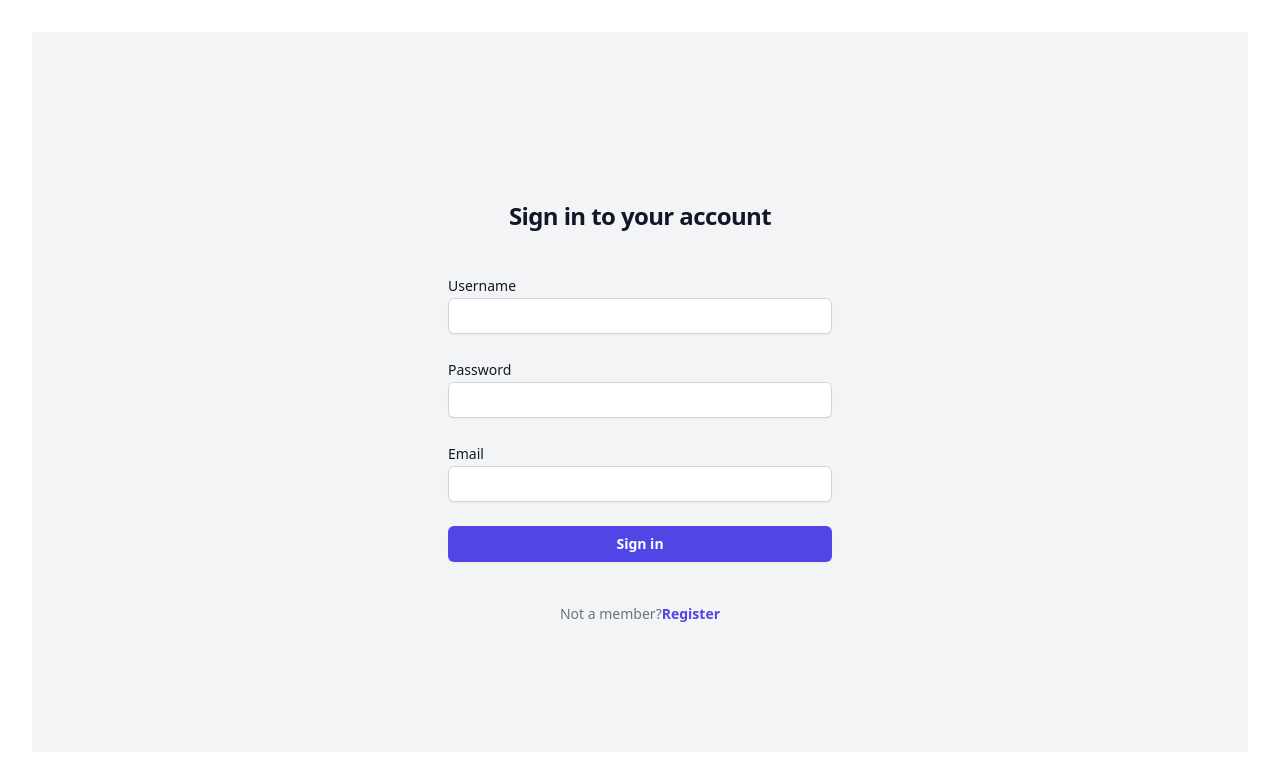
Repository: Wafaabahgat/Formik_React
Page: /
An editor plug-in stored every save of this project. The page is shown before and after the next save, followed by the edit.
The browser window is 1280 px wide. The pictures show the whole page.
The project was rebuilt for these pictures with package versions that can differ from the ones it lists, and the page was loaded fresh each time. Also part of the build but not shown: vite.config.ts.

Above is the page before, as saved 2024-02-13 21:15:31.

After the next save:
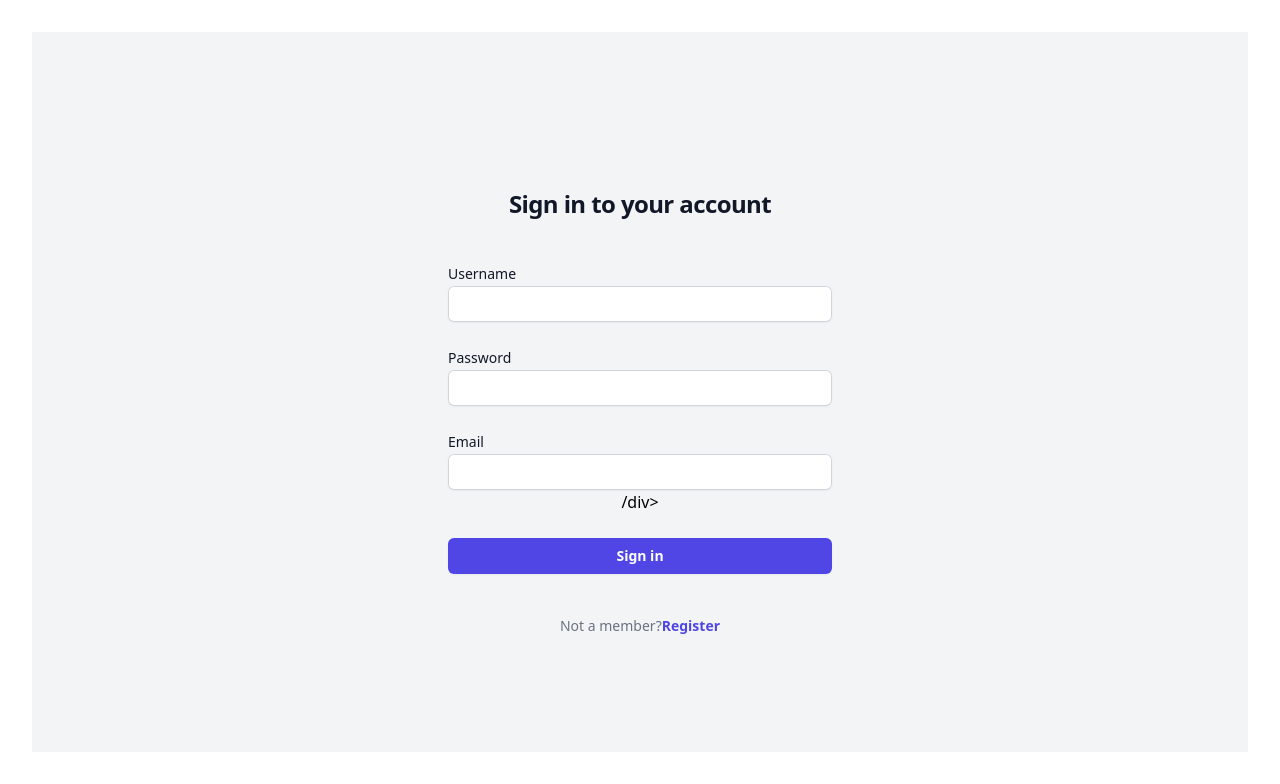
Saved 17 s later.
--- a/src/components/RegistrationForm.jsx
+++ b/src/components/RegistrationForm.jsx
@@ -56,7 +56,15 @@
               </div>
             )}
           </Form>
-          <Form ttl="Email" id="email" name="email" type="email"> </Form>
+          <Form ttl="Email" id="email" name="email" type="email">
+            {" "}
+            {formik.touched.email && formik.errors.email && (
+              <div className="text-red-500 text-xs mt-1">
+                {formik.errors.email}
+              </div>
+            )}
+            /div>
+          </Form>
 
           <div>
             <button

After the 3 saves that followed:
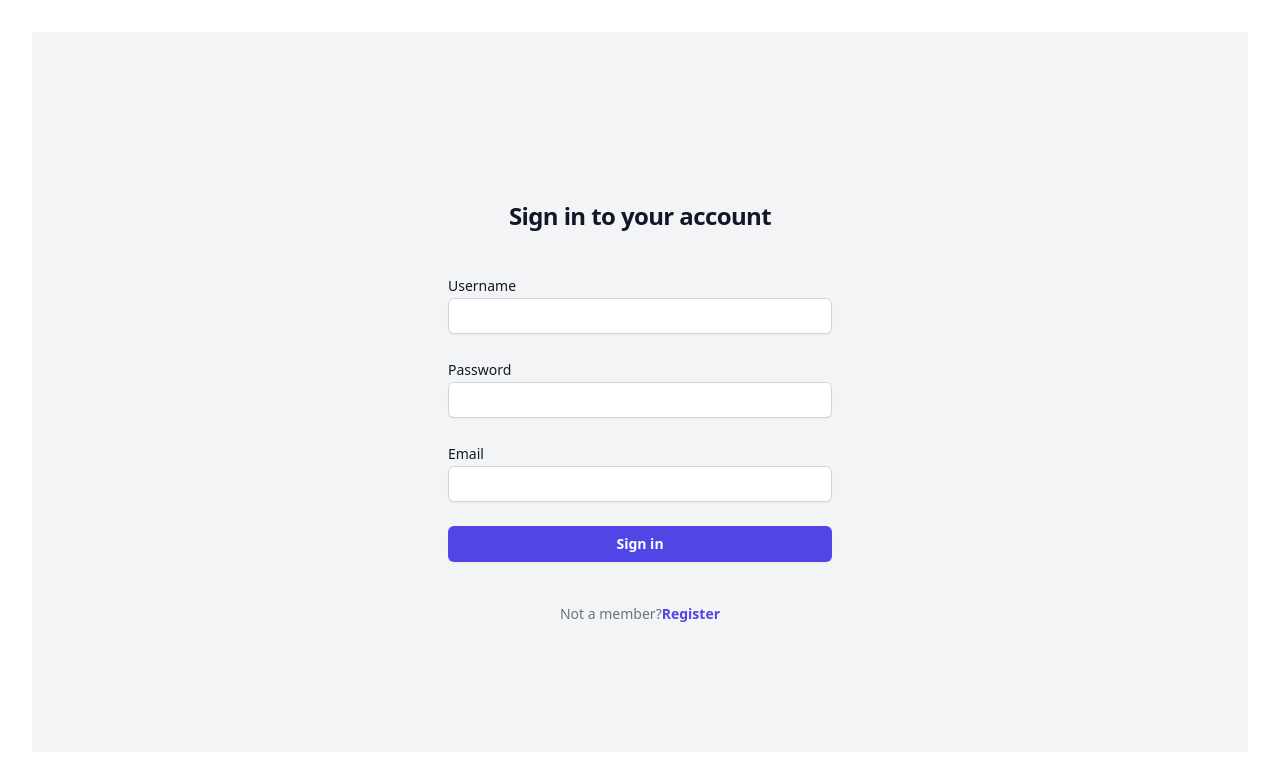
The 3 saves are shown as one change because 1 did not build or start and some came seconds apart.
The last was saved 9 s later.
--- a/src/components/RegistrationForm.jsx
+++ b/src/components/RegistrationForm.jsx
@@ -56,15 +56,7 @@
               </div>
             )}
           </Form>
-          <Form ttl="Email" id="email" name="email" type="email">
-            {" "}
-            {formik.touched.email && formik.errors.email && (
-              <div className="text-red-500 text-xs mt-1">
-                {formik.errors.email}
-              </div>
-            )}
-            /div>
-          </Form>
+          <Form ttl="Email" id="email" name="email" type="email"> </Form>
 
           <div>
             <button
